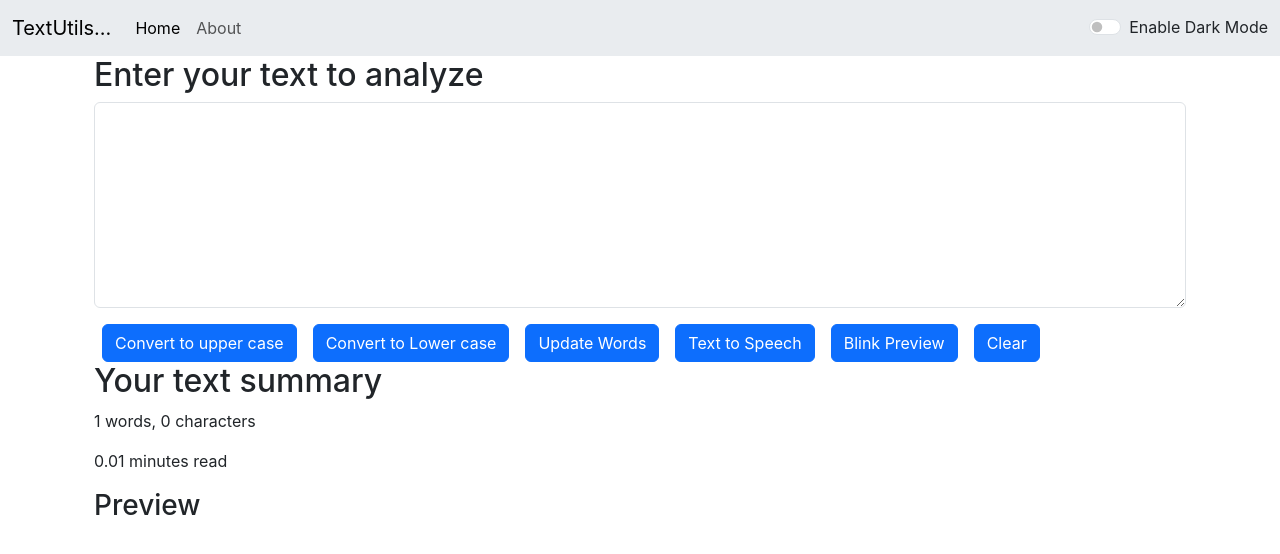
Repository: SujanNagaju/react-demo
Page: /
An editor plug-in stored every save of this project. The page is shown before and after the next save, followed by the edit.
The browser window is 1280 px wide. The pictures show the whole page.
The project was rebuilt for these pictures with package versions that can differ from the ones it lists, and the page was loaded fresh each time.

Above is the page before, as saved 2024-12-29 16:32:51.

### public/index.html
<!DOCTYPE html>
<html lang="en">
  <head>
    <meta charset="utf-8" />
    <link rel="icon" href="%PUBLIC_URL%/favicon.ico" />
    <meta name="viewport" content="width=device-width, initial-scale=1" />
    <meta name="theme-color" content="#000000" />
    <meta
      name="description"
      content="Web site created using create-react-app"
    />
    <link rel="apple-touch-icon" href="%PUBLIC_URL%/logo192.png" />
    <!--
      manifest.json provides metadata used when your web app is installed on a
      user's mobile device or desktop. See https://developers.google.com/web/fundamentals/web-app-manifest/
    -->
    <link rel="manifest" href="%PUBLIC_URL%/manifest.json" />
    <!--
      Notice the use of %PUBLIC_URL% in the tags above.
      It will be replaced with the URL of the `public` folder during the build.
      Only files inside the `public` folder can be referenced from the HTML.

      Unlike "/favicon.ico" or "favicon.ico", "%PUBLIC_URL%/favicon.ico" will
      work correctly both with client-side routing and a non-root public URL.
      Learn how to configure a non-root public URL by running `npm run build`.
    -->
    <link href="https://cdn.jsdelivr.net/npm/bootstrap@5.3.3/dist/css/bootstrap.min.css" rel="stylesheet" integrity="sha384-QWTKZyjpPEjISv5WaRU9OFeRpok6YctnYmDr5pNlyT2bRjXh0JMhjY6hW+ALEwIH" crossorigin="anonymous">
    <title>React App</title>
  </head>
  <body>
    <noscript>You need to enable JavaScript to run this app.</noscript>
    <div id="root"></div>
    <!--
      This HTML file is a template.
      If you open it directly in the browser, you will see an empty page.

      You can add webfonts, meta tags, or analytics to this file.
      The build step will place the bundled scripts into the <body> tag.

      To begin the development, run `npm start` or `yarn start`.
      To create a production bundle, use `npm run build` or `yarn build`.
    -->
    <script src="https://cdn.jsdelivr.net/npm/bootstrap@5.3.3/dist/js/bootstrap.bundle.min.js" integrity="sha384-YvpcrYf0tY3lHB60NNkmXc5s9fDVZLESaAA55NDzOxhy9GkcIdslK1eN7N6jIeHz" crossorigin="anonymous"></script>

  </body>
</html>

### src/App.js
// logo from './logo.svg';
import './App.css';
// import About from './components/About';
import Navbar from './components/Navbar';
import TextForm from './components/TextForm';
import React, {useState} from 'react';

function App() {

  const [mode, setMode] = useState("light");
  return (
    <>

      {/* <Navbar title="TextUtils..." aboutText="About"/> */}
      <Navbar title="TextUtils..." aboutText="About" mode={mode}/>
      <div className="container">
        <TextForm heading="Enter your text to analyze"/>
        {/* <About title="About us"/> */}
      </div>
    </>
  );
}

export default App;

### src/components/Navbar.js
import React from 'react'
import PropTypes from 'prop-types';


// export default function Navbar({title="TextUtils", aboutText="About"}) {
export default function Navbar(props) {
  return (
    <nav className={`navbar navbar-expand-lg bg-body-secondary bg-${props.mode}`}>
        <div className="container-fluid">
            <a className="navbar-brand" href="/">{props.title}</a>
            <button className="navbar-toggler" type="button" data-bs-toggle="collapse" data-bs-target="#navbarSupportedContent" aria-controls="navbarSupportedContent" aria-expanded="false" aria-label="Toggle navigation">
            <span className="navbar-toggler-icon"></span>
            </button>
            <div className="collapse navbar-collapse" id="navbarSupportedContent">
            <ul className="navbar-nav me-auto mb-2 mb-lg-0">
                <li className="nav-item">
                <a className="nav-link active" aria-current="page" href="/">Home</a>
                </li>
                <li className="nav-item">
                <a className="nav-link" href="/">{props.aboutText}</a>
                </li>

            </ul>
            {/* <form className="d-flex" role="search">
                <input className="form-control me-2" type="search" placeholder="Search" aria-label="Search"/>
                <button className="btn btn-outline-success" type="submit">Search</button>
            </form> */}
            <div className="form-check form-switch">
                <input className="form-check-input" type="checkbox" role="switch" id="flexSwitchCheckDefault"/>
                <label className="form-check-label" htmlFor="flexSwitchCheckDefault">Enable Dark Mode</label>
            </div>
            </div>
        </div>
    </nav>
  )
}


Navbar.propTypes = {
    title: PropTypes.string.isRequired,
    aboutText: PropTypes.string.isRequired
}

### src/components/TextForm.js
import React, {useState} from 'react';

export default function TextForm(props) {
  const handleUpClick = ()=> {
    // console.log( "Uppercase was clicked" );
    let newText = text.toUpperCase();
    setText( newText );
  }

  const handleLowerClick = ()=> {
    // console.log( "Uppercase was clicked" );
    let newText = text.toLowerCase();
    setText( newText );
  }

  const handleUpdateWordsClick = () => {
    // console.log("Uppercase was clicked");
    let newText = text.replace(/chamatkar/gi, "balatkar");
    setText(newText);
  };

  const handleClearClick = () => {
    // console.log("Uppercase was clicked");
    let newText = "";
    setText(newText);
  };

  const handleOnChange = (event)=> {
    // console.log( "handle text change" );
    setText(event.target.value);
  }

  const handleTextToSpeechClick =() =>{
    const Speech = new SpeechSynthesisUtterance();
    const message= document.getElementById("textBox").value;
    Speech.lang='eng';
    Speech.text= message;
    window.speechSynthesis.speak(Speech);
  }

  const handleBlinkPreviewClick =() =>{
    const element= document.getElementById("blinkPreview");
    let blinkCount = 0; // Counter for the number of blinks
    const maxBlinks = 5; // Total number of blinks (on + off = 1 blink)

    const interval = setInterval(() => {
      // Toggle visibility
      element.style.display = element.style.display === 'none' ? 'block' : 'none';
      element.style.color = 'red';

      // Increment blink count only when the element is hidden
      if (element.style.display === 'none') {
        blinkCount++;
      }

      // Stop blinking after the desired number of blinks
      if (blinkCount === maxBlinks) {
        clearInterval(interval);
        element.style.display = 'block'; // Ensure the element remains visible
        element.style.color = 'black';
      }
    }, 200); // Blink interval (500ms = half a second)
  }

  const [text, setText] = useState("");
  return (
    <>
      <div className="container">
        <h2>{props.heading}</h2>
          <div className="mb-3">
              <textarea className="form-control" id="textBox" onChange={handleOnChange} value={text} rows="8"></textarea>
          </div>
          <button className="btn btn-primary mx-2" onClick={handleUpClick}>Convert to upper case</button>
          <button className="btn btn-primary mx-2" onClick={handleLowerClick}>Convert to Lower case</button>
          <button className="btn btn-primary mx-2" onClick={handleUpdateWordsClick}>Update Words</button>
          <button className="btn btn-primary mx-2" onClick={handleTextToSpeechClick}>Text to Speech</button>
          <button className="btn btn-primary mx-2" onClick={handleBlinkPreviewClick}>Blink Preview</button>
          <button className="btn btn-primary mx-2" onClick={handleClearClick}>Clear</button>
      </div>

      <div className="container">
        <h2>Your text summary</h2>
        <p>{text.split(" ").length} words, {text.length} characters</p>
        <p>{(0.008 * text.split(" ").length).toFixed(2)} minutes read</p>
        <h3>Preview</h3>
        <p id="blinkPreview">{text}</p>
      </div>
    </>
  )
}

### src/App.css
.App {
  text-align: center;
}

.App-logo {
  height: 40vmin;
  pointer-events: none;
}

@media (prefers-reduced-motion: no-preference) {
  .App-logo {
    animation: App-logo-spin infinite 20s linear;
  }
}

.App-header {
  background-color: #282c34;
  min-height: 100vh;
  display: flex;
  flex-direction: column;
  align-items: center;
  justify-content: center;
  font-size: calc(10px + 2vmin);
  color: white;
}

.App-link {
  color: #61dafb;
}

@keyframes App-logo-spin {
  from {
    transform: rotate(0deg);
  }
  to {
    transform: rotate(360deg);
  }
}

nav.bg-dark {
  background-color: #1c59d1 !important;
  color: #ffffff;
}

nav.bg-dark .navbar-nav .nav-link {
  color: #ffffff !important;
}

nav.bg-dark .navbar-brand{
  color: #ffffff;
}

Loaded but not shown: src/index.js (common file); src/index.css (common file); src/reportWebVitals.js (common file)

After the next save:
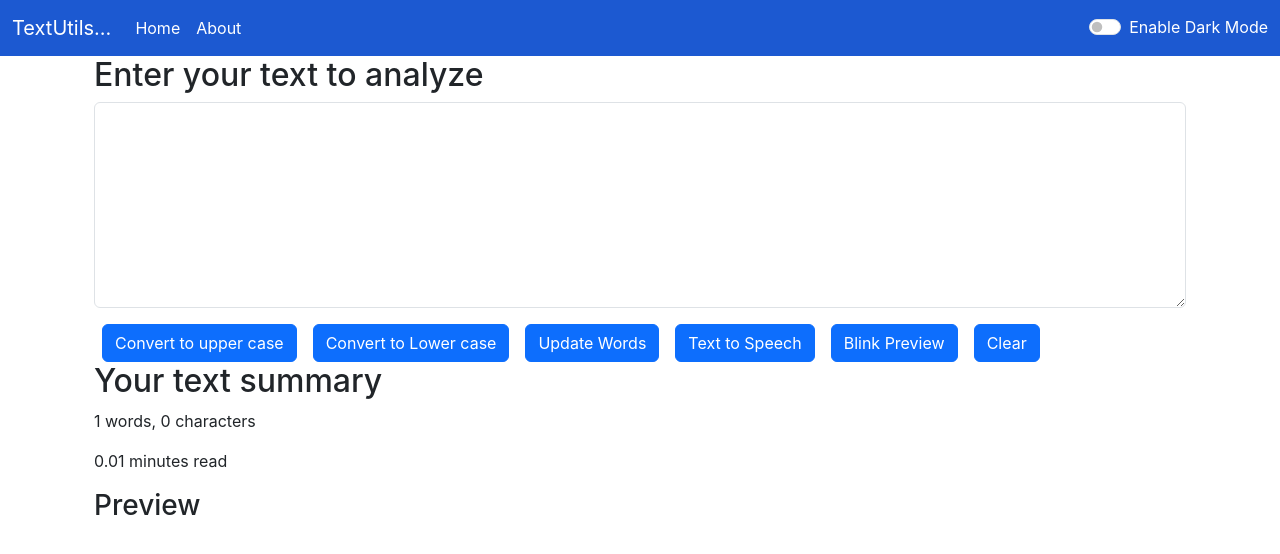
Saved 15 s later.
--- a/src/App.js
+++ b/src/App.js
@@ -7,7 +7,7 @@ import React, {useState} from 'react';
 
 function App() {
 
-  const [mode, setMode] = useState("light");
+  const [mode, setMode] = useState("dark");
   return (
     <>
 
